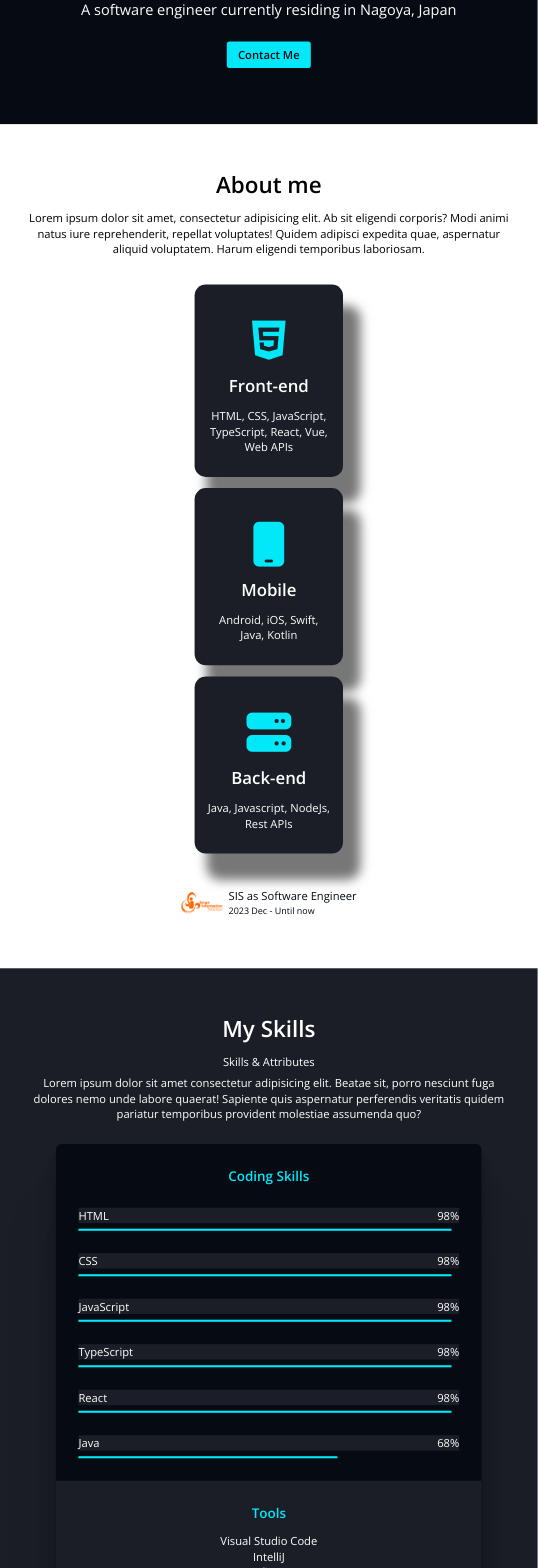
Repository: N1C0N1C0/Portfolio
Page: index.html
An editor plug-in stored every save of this project. The page is shown before and after the next save, followed by the edit.
The browser window is 768 px wide. The pictures show the part of the page from y = 486 to 2726 px (the page is 6495 px tall before and 6655 px after), at 70% of full size.
Some web libraries are served in a nearby version.

Above is the page before, as saved 2023-12-19 20:43:54.

After the next save:
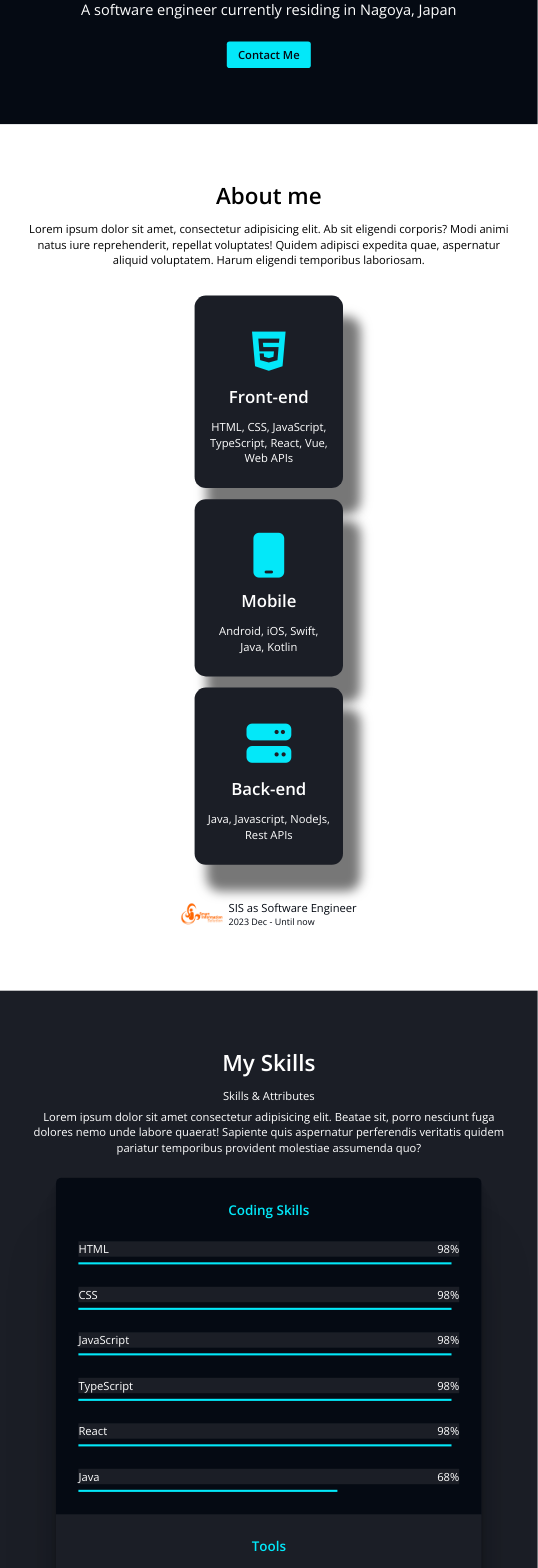
Saved 2 min 42 s later.
--- a/css/style.css
+++ b/css/style.css
@@ -468,7 +468,7 @@ button:focus {
 
 @media screen and (max-width: 768px) {
     .section {
-        padding: 3rem 2rem;
+        padding: 4rem 2rem;
     }
 
     .title {
